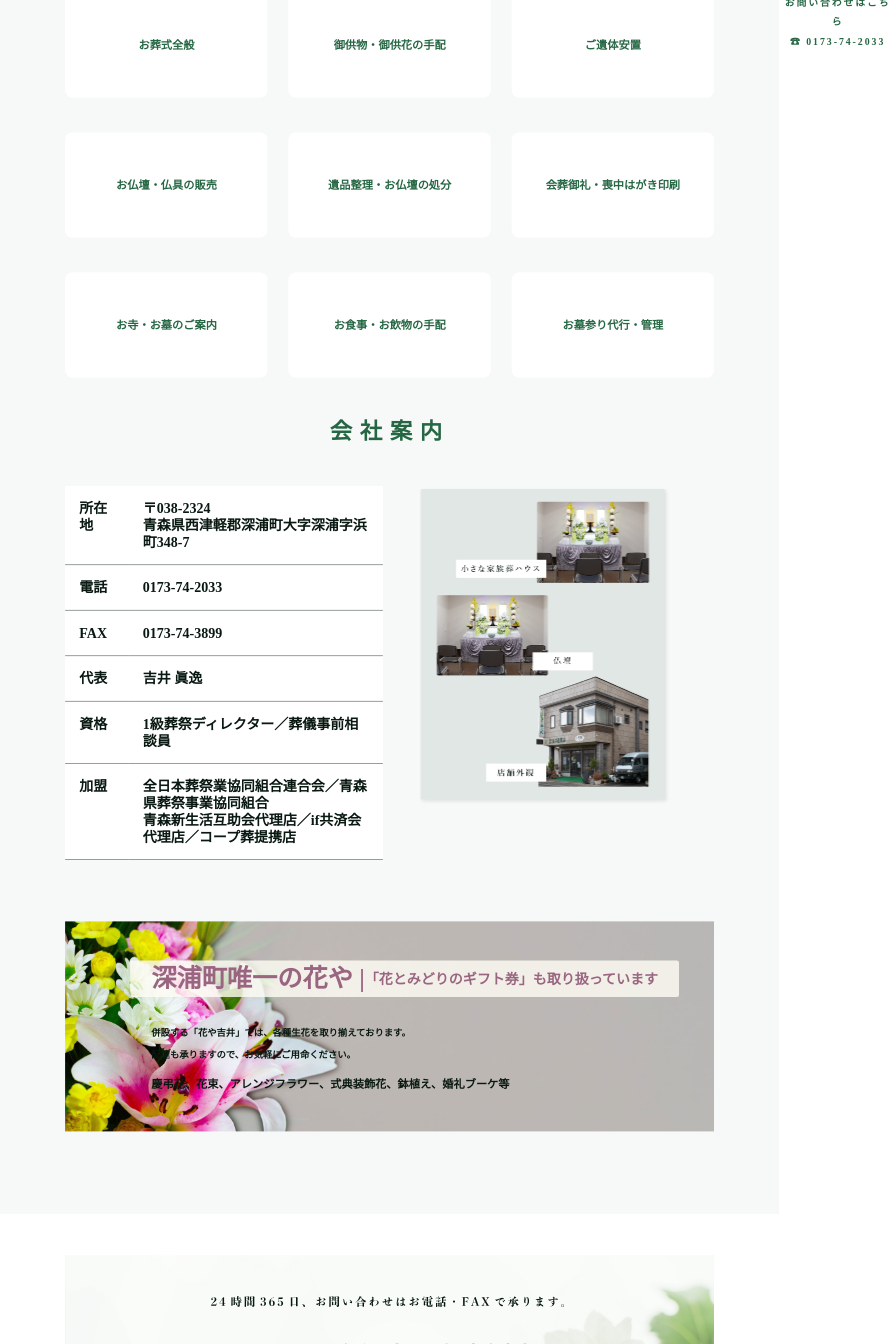
Repository: plus-agc-service-yamauchi/yoshii_scratch_ver3
Page: about.html
An editor plug-in stored every save of this project. The page is shown before and after the next save, followed by the edit.
The browser window is 1280 px wide. The pictures show the part of the page from y = 625 to 2545 px (the page is 3752 px tall), at 70% of full size.
Some web libraries are served in a nearby version. The style sheet was rebuilt from its Sass, Less or Tailwind sources for each picture, by a compiler version that may differ from the author's.

Above is the page before, as saved 2021-02-01 15:08:50.
Console error (its wording comes from the project's code and is left out).

After the next save:
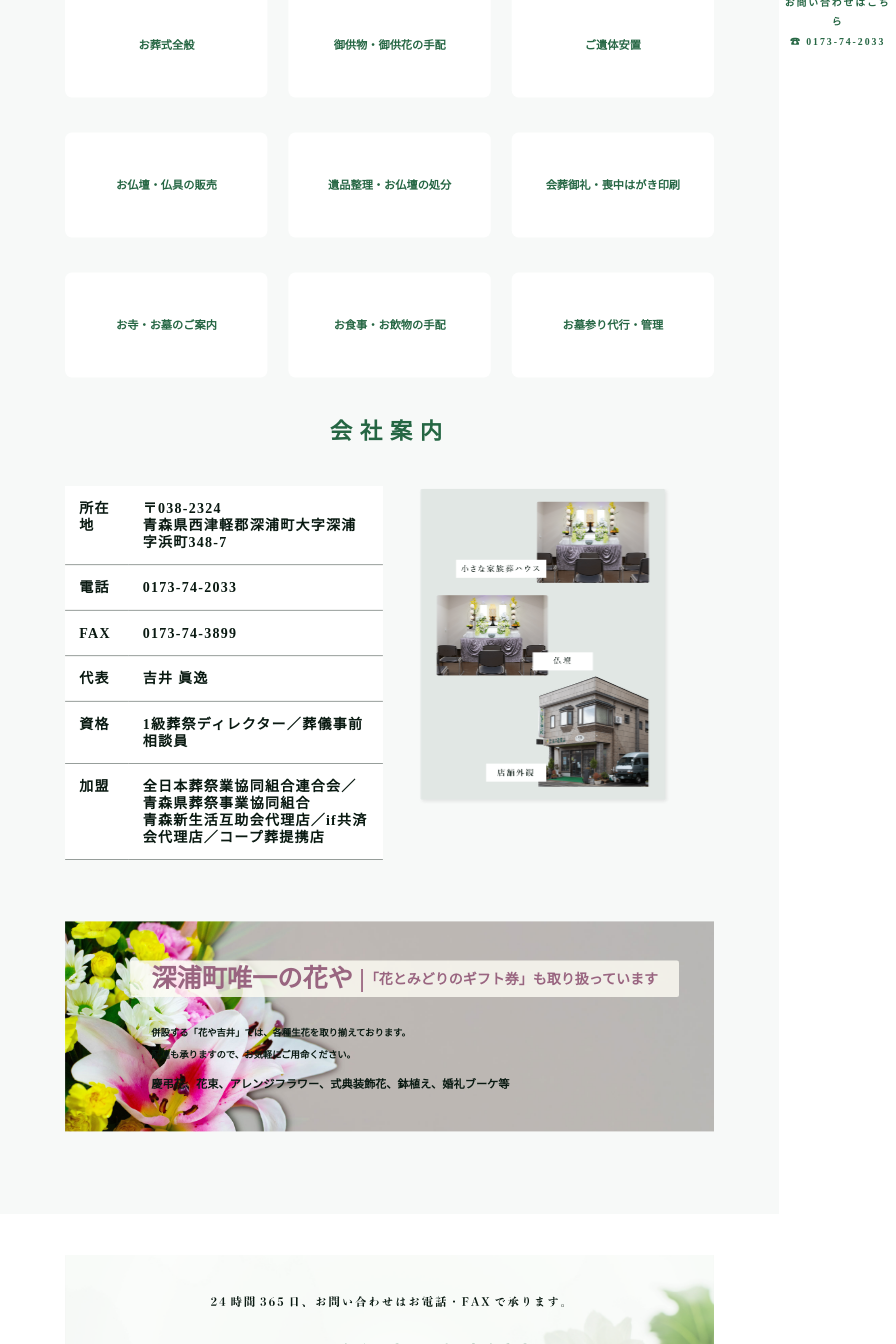
Saved 23 min 41 s later.
--- a/scss/about.scss
+++ b/scss/about.scss
@@ -234,7 +234,7 @@ td.tdr {
   td.tdl {
     font-size: 20px;
     line-height: 2.4rem;
-    letter-spacing: 1.8;
+    letter-spacing: 1.8px;
     width: 20%;
     padding: 20px 20px;
     color: #091911;
@@ -244,7 +244,7 @@ td.tdr {
     width: 80%;
     font-size: 20px;
     line-height: 2.4rem;
-    letter-spacing: 1.8;
+    letter-spacing: 1.8px;
     padding: 20px 20px;
     color: #091911;
   }
